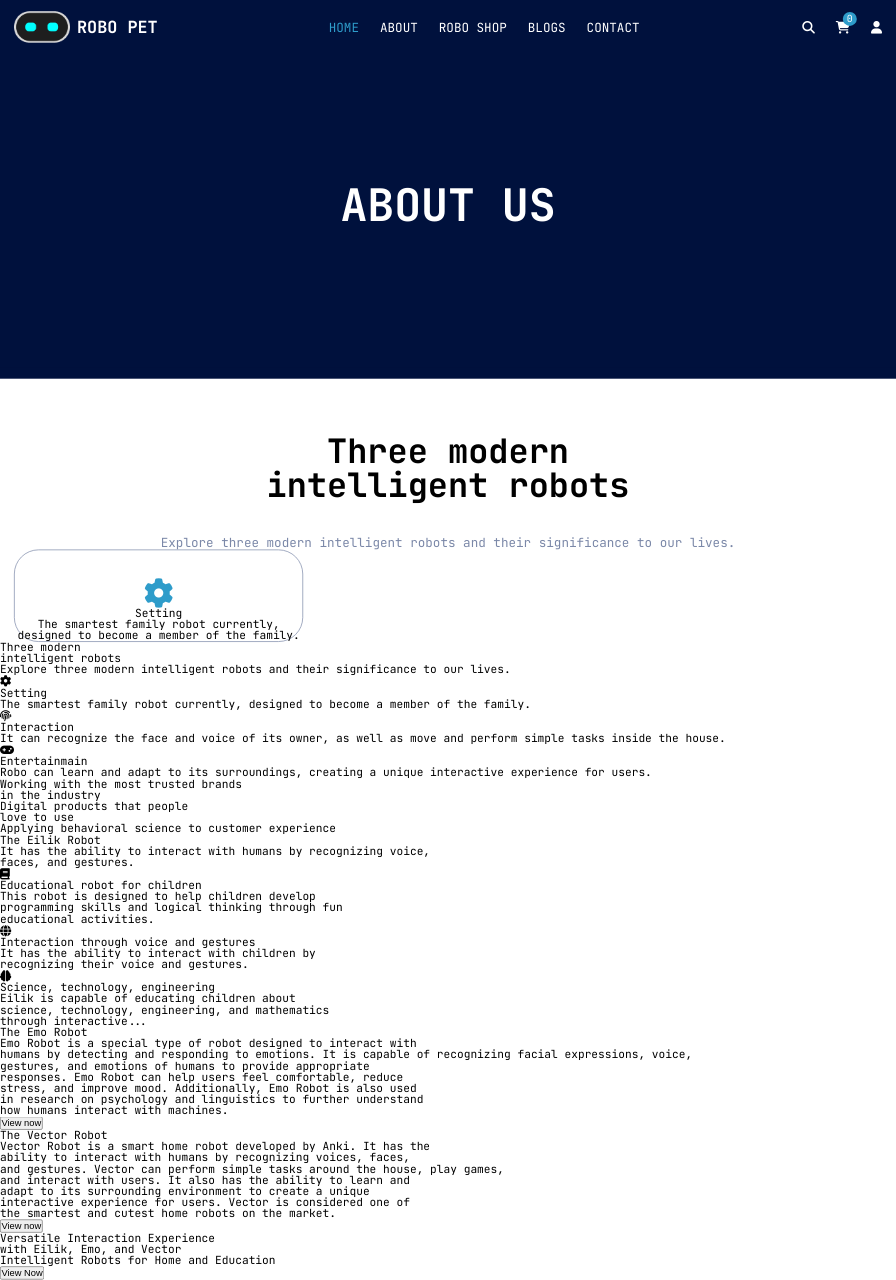
Repository: trietle101/du-an-1
Page: http://localhost/about.html
An editor plug-in stored every save of this project. The page is shown before and after the next save, followed by the edit.
The browser window is 1280 px wide. The pictures show the whole page, at 70% of full size.
Some web libraries are served in a nearby version. The page is run by PHP 8.4 with error messages shown; the project is at /var/www/html/.

Above is the page before, as saved 2023-03-12 22:39:56.

After the next save:
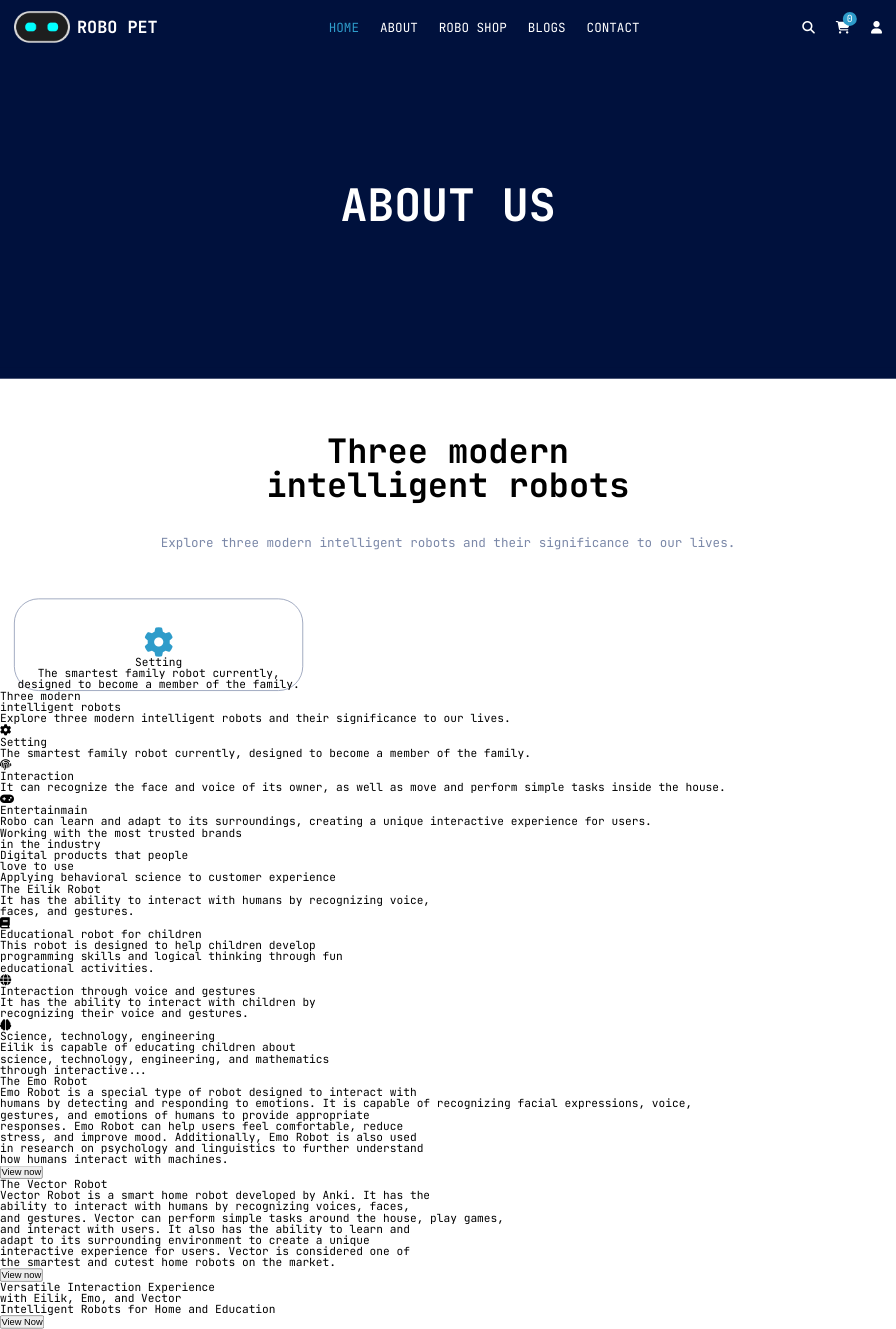
Saved 5 min 8 s later.
--- a/assets/css/about.css
+++ b/assets/css/about.css
@@ -138,6 +138,7 @@
   margin-top: 50px;
 }
 .modern-box {
+  margin-top: 70px;
   display: flex;
   justify-content: space-between;
   align-items: center;
@@ -156,3 +157,4 @@
 .modern-center {
   text-align: center;
 }
+.modern-;
